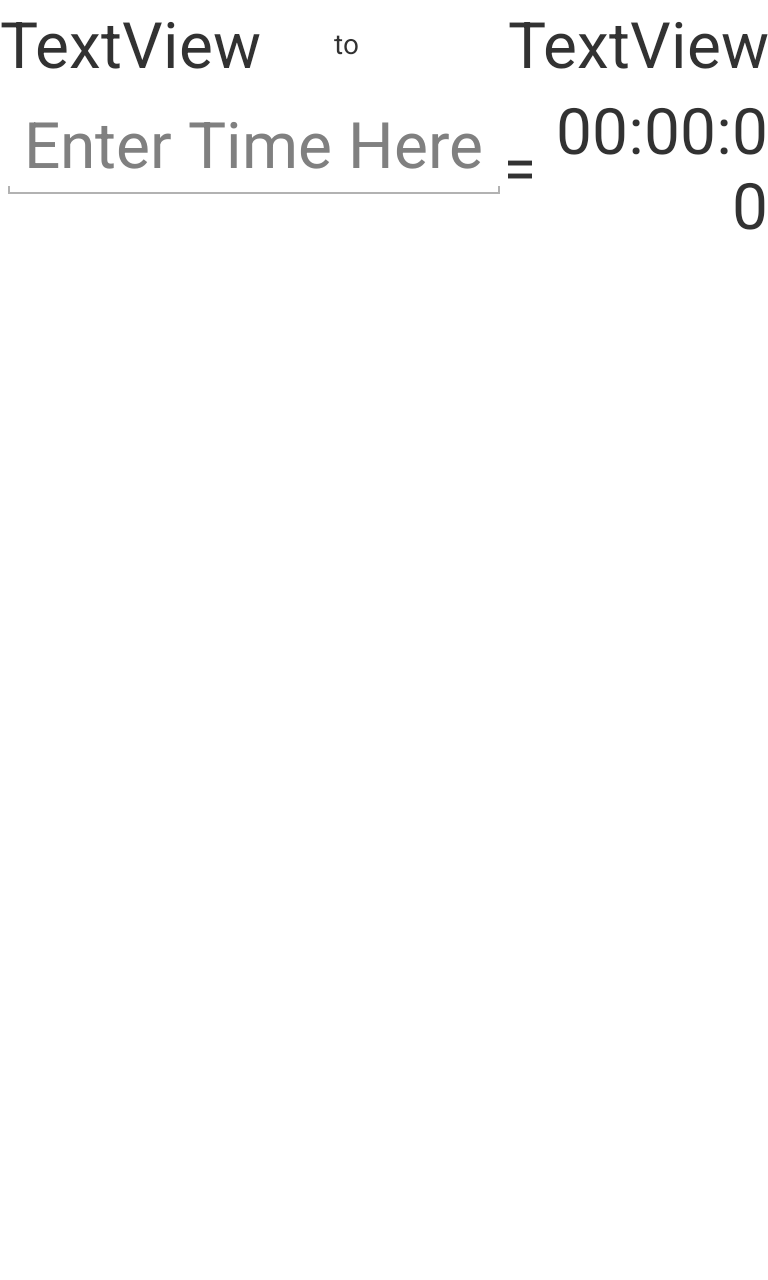
Repository: downinew/AndroidCoachesRaceTimer
Layout: CoachesRaceTimer/res/layout/convert_dialog.xml
These files come from the project's save history. The layout is drawn as it stood at one moment and after the next save; the edit follows.
It is drawn on a 768 x 1280 px phone screen (xhdpi) without system bars, with theme AppTheme; the app's code is not run.

Above is the layout before, as saved 2015-02-19 02:36:54.

After the next save:
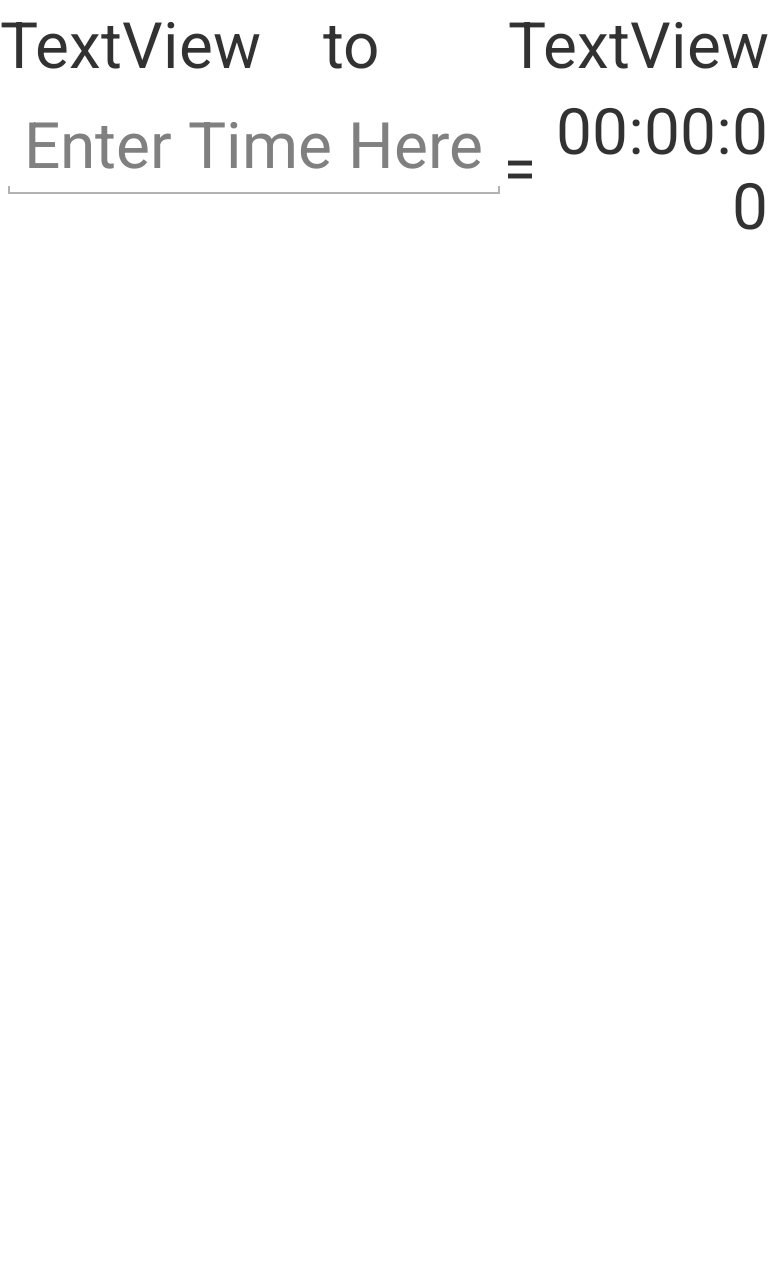
Saved 8 s later.
--- a/CoachesRaceTimer/res/layout/convert_dialog.xml
+++ b/CoachesRaceTimer/res/layout/convert_dialog.xml
@@ -22,6 +22,7 @@
             android:id="@+id/toText"
             android:layout_width="wrap_content"
             android:layout_weight="1"
+            android:textSize="32sp"
             android:layout_gravity="center"
             android:layout_height="wrap_content"
             android:text="to" />
